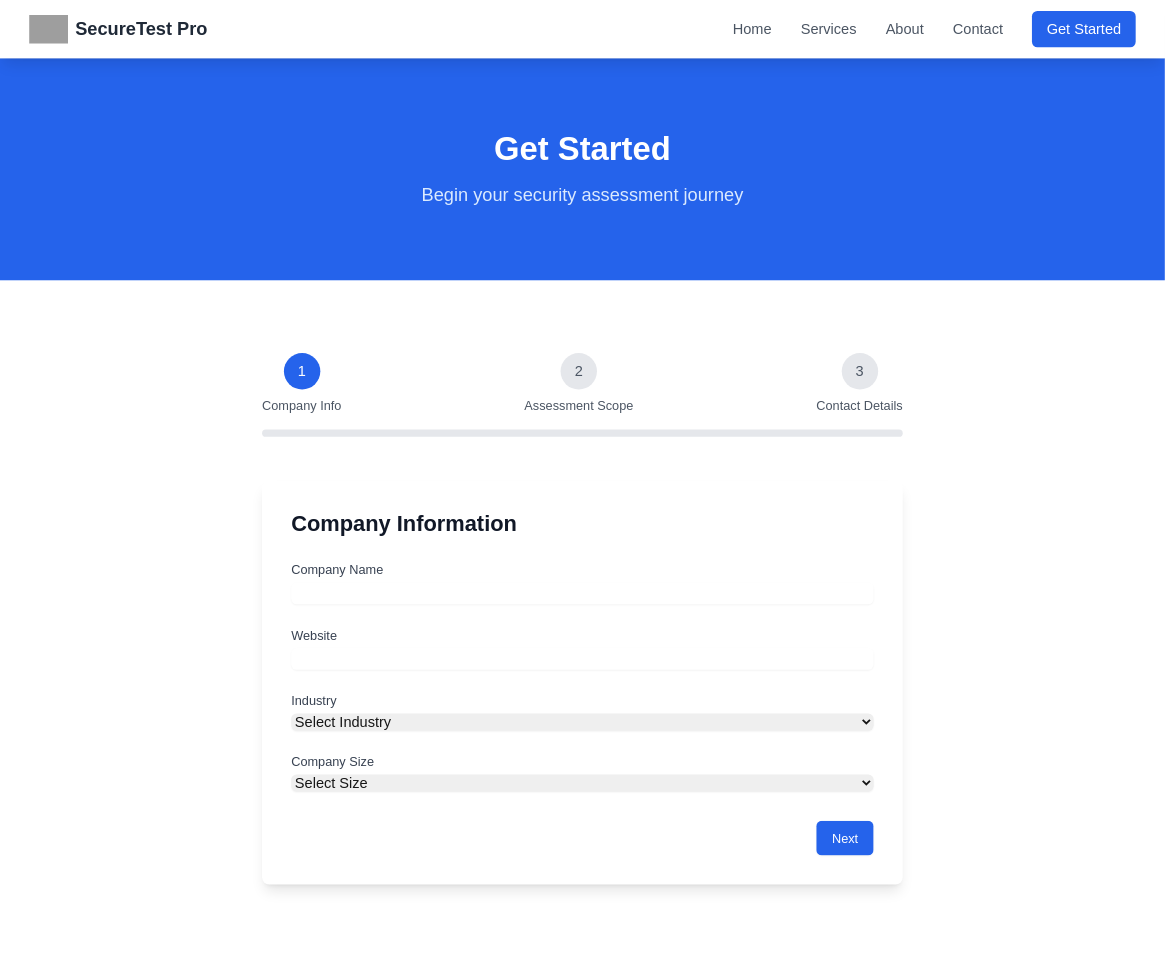
Repository: ZSayless/Penetration-test
Page: /get-started
The author's editor kept a copy of each file at every save. The page is drawn from the files as they stood at one save, then again after a run of saves.
The browser window is 1280 px wide. The pictures show the whole page, at 91% of full size.
Pictures or frames that could not be fetched are drawn as grey boxes. The project was rebuilt for these pictures with package versions that can differ from the ones it lists, and the page was loaded fresh each time. The framework's server and built-in components were replaced by stand-ins that run in the browser. Also part of the build but not shown: next.config.ts.

Above is the page before, as saved 2024-12-03 16:38:50.

### src/app/layout.tsx
import Navbar from '@/components/layout/Navbar';
import './globals.css';

export default function RootLayout({
  children,
}: {
  children: React.ReactNode;
}) {
  return (
    <html lang="en">
      <body>
        <Navbar />
        {children}
      </body>
    </html>
  );
}

### src/app/get-started/page.tsx
'use client';

import { useState } from 'react';

export default function GetStartedPage() {
  const [step, setStep] = useState(1);
  const [formData, setFormData] = useState({
    companyName: '',
    website: '',
    industry: '',
    size: '',
    scope: [],
    timeline: '',
    budget: '',
    name: '',
    email: '',
    phone: '',
    additionalInfo: '',
  });

  const handleSubmit = async (e: React.FormEvent) => {
    e.preventDefault();
    // Implement form submission logic here
    console.log('Assessment request submitted:', formData);
  };

  const handleNextStep = () => {
    setStep(step + 1);
  };

  const handlePrevStep = () => {
    setStep(step - 1);
  };

  return (
    <main className="pt-16">
      <div className="bg-blue-600 text-white py-20">
        <div className="max-w-7xl mx-auto px-4 sm:px-6 lg:px-8">
          <h1 className="text-4xl font-bold text-center">Get Started</h1>
          <p className="mt-4 text-xl text-center text-blue-100">
            Begin your security assessment journey
          </p>
        </div>
      </div>

      <div className="max-w-3xl mx-auto px-4 sm:px-6 lg:px-8 py-20">
        {/* Progress Steps */}
        <div className="mb-12">
          <div className="flex justify-between items-center">
            {[1, 2, 3].map((item) => (
              <div key={item} className="flex flex-col items-center">
                <div
                  className={`w-10 h-10 rounded-full flex items-center justify-center ${
                    step >= item ? 'bg-blue-600 text-white' : 'bg-gray-200 text-gray-600'
                  }`}
                >
                  {item}
                </div>
                <span className="mt-2 text-sm text-gray-600">
                  {item === 1 ? 'Company Info' : item === 2 ? 'Assessment Scope' : 'Contact Details'}
                </span>
              </div>
            ))}
          </div>
          <div className="mt-4 h-2 bg-gray-200 rounded-full">
            <div
              className="h-full bg-blue-600 rounded-full transition-all duration-300"
              style={{ width: `${((step - 1) / 2) * 100}%` }}
            />
          </div>
        </div>

        <div className="bg-white rounded-lg shadow-lg p-8">
          <form onSubmit={handleSubmit}>
            {/* Step 1: Company Information */}
            {step === 1 && (
              <div className="space-y-6">
                <h2 className="text-2xl font-bold text-gray-900">Company Information</h2>
                <div>
                  <label className="block text-sm font-medium text-gray-700">Company Name</label>
                  <input
                    type="text"
                    required
                    className="mt-1 block w-full rounded-md border-gray-300 shadow-sm focus:border-blue-500 focus:ring-blue-500"
                    value={formData.companyName}
                    onChange={(e) => setFormData({ ...formData, companyName: e.target.value })}
                  />
                </div>
                <div>
                  <label className="block text-sm font-medium text-gray-700">Website</label>
                  <input
                    type="url"
                    required
                    className="mt-1 block w-full rounded-md border-gray-300 shadow-sm focus:border-blue-500 focus:ring-blue-500"
                    value={formData.website}
                    onChange={(e) => setFormData({ ...formData, website: e.target.value })}
                  />
                </div>
                <div>
                  <label className="block text-sm font-medium text-gray-700">Industry</label>
                  <select
                    required
                    className="mt-1 block w-full rounded-md border-gray-300 shadow-sm focus:border-blue-500 focus:ring-blue-500"
                    value={formData.industry}
                    onChange={(e) => setFormData({ ...formData, industry: e.target.value })}
                  >
                    <option value="">Select Industry</option>
                    <option value="finance">Finance</option>
                    <option value="healthcare">Healthcare</option>
                    <option value="technology">Technology</option>
                    <option value="retail">Retail</option>
                    <option value="manufacturing">Manufacturing</option>
                    <option value="other">Other</option>
                  </select>
                </div>
                <div>
                  <label className="block text-sm font-medium text-gray-700">Company Size</label>
                  <select
                    required
                    className="mt-1 block w-full rounded-md border-gray-300 shadow-sm focus:border-blue-500 focus:ring-blue-500"
                    value={formData.size}
                    onChange={(e) => setFormData({ ...formData, size: e.target.value })}
                  >
                    <option value="">Select Size</option>
                    <option value="1-50">1-50 employees</option>
                    <option value="51-200">51-200 employees</option>
                    <option value="201-1000">201-1000 employees</option>
                    <option value="1000+">1000+ employees</option>
                  </select>
                </div>
              </div>
            )}

            {/* Step 2: Assessment Scope */}
            {step === 2 && (
              <div className="space-y-6">
                <h2 className="text-2xl font-bold text-gray-900">Assessment Scope</h2>
                <div>
                  <label className="block text-sm font-medium text-gray-700">Services Required</label>
                  <div className="mt-2 space-y-2">
                    {[
                      'Web Application Testing',
                      'Network Penetration Testing',
                      'Mobile App Testing',
                      'Cloud Security Assessment',
                      'Social Engineering',
                      'Red Team Assessment',
                    ].map((service) => (
                      <label key={service} className="flex items-center">
                        <input
                          type="checkbox"
                          className="rounded border-gray-300 text-blue-600 focus:ring-blue-500"
                          checked={formData.scope.includes(service)}
                          onChange={(e) => {
                            const newScope = e.target.checked
                              ? [...formData.scope, service]
                              : formData.scope.filter((s) => s !== service);
                            setFormData({ ...formData, scope: newScope });
                          }}
                        />
                        <span className="ml-2">{service}</span>
                      </label>
                    ))}
                  </div>
                </div>
                <div>
                  <label className="block text-sm font-medium text-gray-700">Preferred Timeline</label>
                  <select
                    required
                    className="mt-1 block w-full rounded-md border-gray-300 shadow-sm focus:border-blue-500 focus:ring-blue-500"
                    value={formData.timeline}
                    onChange={(e) => setFormData({ ...formData, timeline: e.target.value })}
                  >
                    <option value="">Select Timeline</option>
                    <option value="immediate">Immediate</option>
                    <option value="1-month">Within 1 month</option>
                    <option value="3-months">Within 3 months</option>
                    <option value="flexible">Flexible</option>
                  </select>
                </div>
                <div>
                  <label className="block text-sm font-medium text-gray-700">Budget Range</label>
                  <select
                    required
                    className="mt-1 block w-full rounded-md border-gray-300 shadow-sm focus:border-blue-500 focus:ring-blue-500"
                    value={formData.budget}
                    onChange={(e) => setFormData({ ...formData, budget: e.target.value })}
                  >
                    <option value="">Select Budget Range</option>
                    <option value="5k-10k">$5,000 - $10,000</option>
                    <option value="10k-25k">$10,000 - $25,000</option>
                    <option value="25k-50k">$25,000 - $50,000</option>
                    <option value="50k+">$50,000+</option>
                  </select>
                </div>
              </div>
            )}

            {/* Step 3: Contact Details */}
            {step === 3 && (
              <div className="space-y-6">
                <h2 className="text-2xl font-bold text-gray-900">Contact Details</h2>
                <div>
                  <label className="block text-sm font-medium text-gray-700">Name</label>
                  <input
                    type="text"
                    required
                    className="mt-1 block w-full rounded-md border-gray-300 shadow-sm focus:border-blue-500 focus:ring-blue-500"
                    value={formData.name}
                    onChange={(e) => setFormData({ ...formData, name: e.target.value })}
                  />
                </div>
                <div>
                  <label className="block text-sm font-medium text-gray-700">Email</label>
                  <input
                    type="email"
                    required
                    className="mt-1 block w-full rounded-md border-gray-300 shadow-sm focus:border-blue-500 focus:ring-blue-500"
                    value={formData.email}
                    onChange={(e) => setFormData({ ...formData, email: e.target.value })}
                  />
                </div>
                <div>
                  <label className="block text-sm font-medium text-gray-700">Phone</label>
                  <input
                    type="tel"
                    required
                    className="mt-1 block w-full rounded-md border-gray-300 shadow-sm focus:border-blue-500 focus:ring-blue-500"
                    value={formData.phone}
                    onChange={(e) => setFormData({ ...formData, phone: e.target.value })}
                  />
                </div>
                <div>
                  <label className="block text-sm font-medium text-gray-700">Additional Information</label>
                  <textarea
                    rows={4}
                    className="mt-1 block w-full rounded-md border-gray-300 shadow-sm focus:border-blue-500 focus:ring-blue-500"
                    value={formData.additionalInfo}
                    onChange={(e) => setFormData({ ...formData, additionalInfo: e.target.value })}
                  />
                </div>
              </div>
            )}

            <div className="mt-8 flex justify-between">
              {step > 1 && (
                <button
                  type="button"
                  onClick={handlePrevStep}
                  className="px-4 py-2 border border-gray-300 rounded-md shadow-sm text-sm font-medium text-gray-700 bg-white hover:bg-gray-50"
                >
                  Previous
                </button>
              )}
              {step < 3 ? (
                <button
                  type="button"
                  onClick={handleNextStep}
                  className="ml-auto px-4 py-2 border border-transparent rounded-md shadow-sm text-sm font-medium text-white bg-blue-600 hover:bg-blue-700"
                >
                  Next
                </button>
              ) : (
                <button
                  type="submit"
                  className="ml-auto px-4 py-2 border border-transparent rounded-md shadow-sm text-sm font-medium text-white bg-blue-600 hover:bg-blue-700"
                >
                  Submit Request
                </button>
              )}
            </div>
          </form>
        </div>
      </div>
    </main>
  );
}

### src/components/layout/Navbar.tsx
'use client';

import { useState } from 'react';
import Link from 'next/link';
import Image from 'next/image';

export default function Navbar() {
  const [isOpen, setIsOpen] = useState(false);

  return (
    <nav className="bg-white shadow-lg fixed w-full z-50">
      <div className="max-w-7xl mx-auto px-4 sm:px-6 lg:px-8">
        <div className="flex justify-between h-16">
          <div className="flex items-center">
            <Link href="/" className="flex-shrink-0 flex items-center">
              <Image
                className="h-8 w-auto"
                src="/logo.png"
                alt="Company Logo"
                width={32}
                height={32}
              />
              <span className="ml-2 text-xl font-bold text-gray-800">SecureTest Pro</span>
            </Link>
          </div>

          {/* Desktop menu */}
          <div className="hidden md:flex items-center space-x-8">
            <Link href="/" className="text-gray-600 hover:text-gray-900">Home</Link>
            <Link href="/services" className="text-gray-600 hover:text-gray-900">Services</Link>
            <Link href="/about" className="text-gray-600 hover:text-gray-900">About</Link>
            <Link href="/contact" className="text-gray-600 hover:text-gray-900">Contact</Link>
            <Link
              href="/get-started"
              className="bg-blue-600 text-white px-4 py-2 rounded-md hover:bg-blue-700"
            >
              Get Started
            </Link>
          </div>

          {/* Mobile menu button */}
          <div className="md:hidden flex items-center">
            <button
              onClick={() => setIsOpen(!isOpen)}
              className="inline-flex items-center justify-center p-2 rounded-md text-gray-400 hover:text-gray-500 hover:bg-gray-100"
            >
              <span className="sr-only">Open main menu</span>
              {!isOpen ? (
                <svg className="block h-6 w-6" fill="none" viewBox="0 0 24 24" stroke="currentColor">
                  <path strokeLinecap="round" strokeLinejoin="round" strokeWidth={2} d="M4 6h16M4 12h16M4 18h16" />
                </svg>
              ) : (
                <svg className="block h-6 w-6" fill="none" viewBox="0 0 24 24" stroke="currentColor">
                  <path strokeLinecap="round" strokeLinejoin="round" strokeWidth={2} d="M6 18L18 6M6 6l12 12" />
                </svg>
              )}
            </button>
          </div>
        </div>
      </div>

      {/* Mobile menu */}
      {isOpen && (
        <div className="md:hidden">
          <div className="px-2 pt-2 pb-3 space-y-1 sm:px-3">
            <Link href="/" className="block px-3 py-2 text-gray-600 hover:text-gray-900">Home</Link>
            <Link href="/services" className="block px-3 py-2 text-gray-600 hover:text-gray-900">Services</Link>
            <Link href="/about" className="block px-3 py-2 text-gray-600 hover:text-gray-900">About</Link>
            <Link href="/contact" className="block px-3 py-2 text-gray-600 hover:text-gray-900">Contact</Link>
            <Link
              href="/get-started"
              className="block px-3 py-2 bg-blue-600 text-white rounded-md hover:bg-blue-700"
            >
              Get Started
            </Link>
          </div>
        </div>
      )}
    </nav>
  );
}

Loaded but not shown: src/app/globals.css (common file); tailwind.config.ts (common file)

After the next 2 saves:
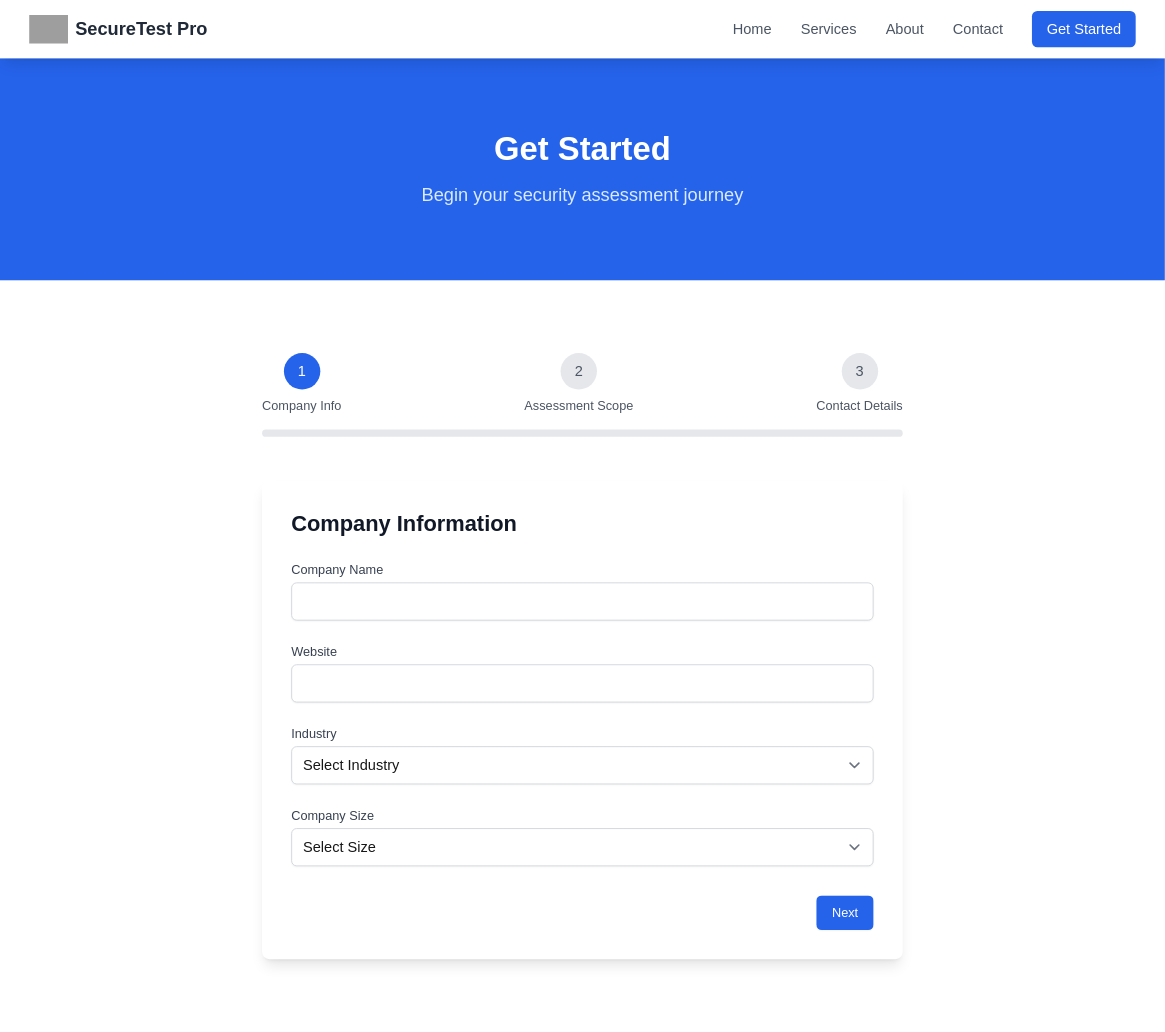
The 2 saves are shown as one change because they came seconds apart.
The last was saved 31 s later.
--- /dev/null
+++ b/tailwind.config.js
@@ -0,0 +1,14 @@
+/** @type {import('tailwindcss').Config} */
+module.exports = {
+  content: [
+    "./src/pages/**/*.{js,ts,jsx,tsx,mdx}",
+    "./src/components/**/*.{js,ts,jsx,tsx,mdx}",
+    "./src/app/**/*.{js,ts,jsx,tsx,mdx}",
+  ],
+  theme: {
+    extend: {},
+  },
+  plugins: [
+    require('@tailwindcss/forms'),
+  ],
+};
